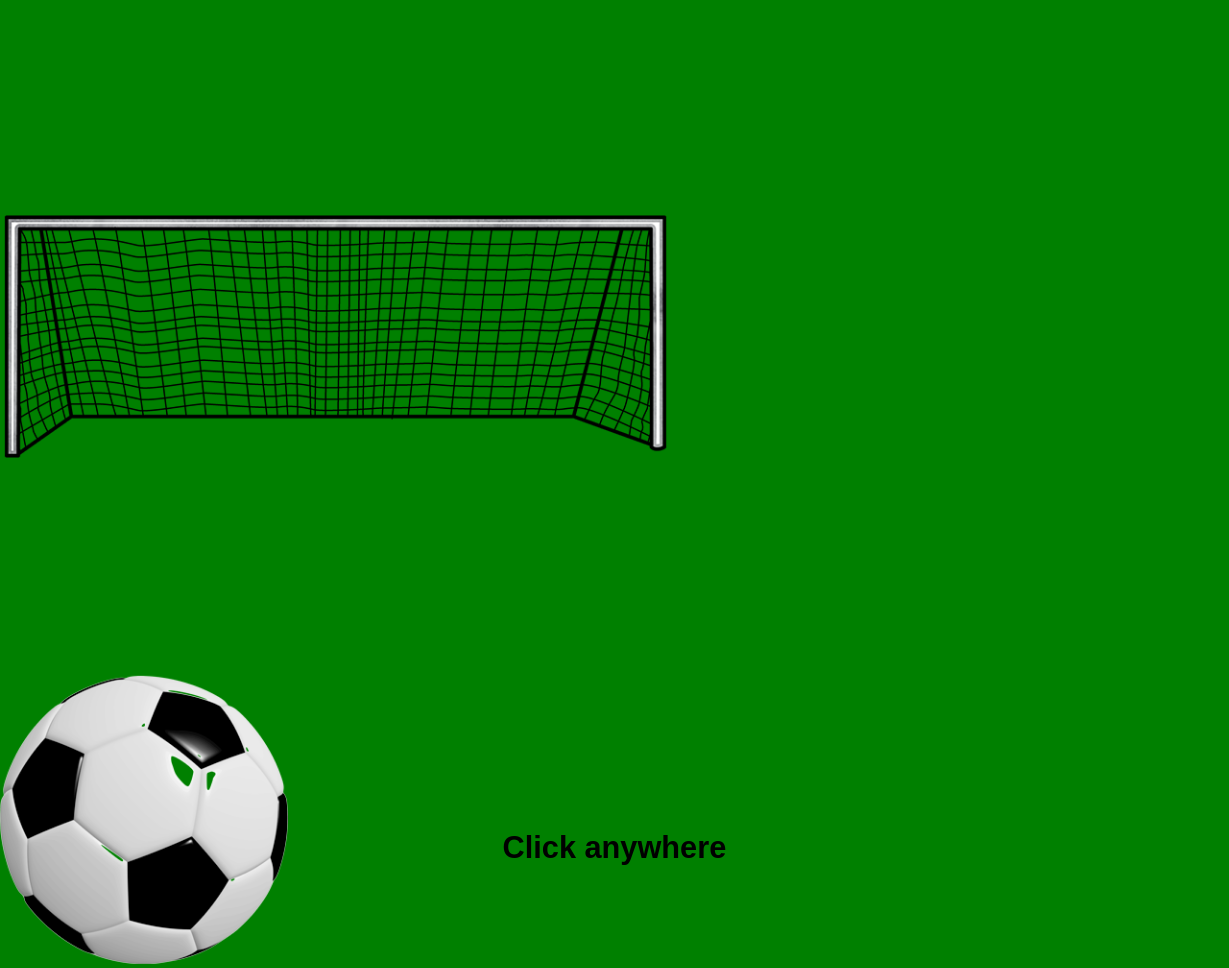
Repository: alexmaddux99/Lab3
Page: mouse-events.html
These files come from the project's save history. The page is drawn as it stood at one moment and after the next save; the edit follows.
The browser window is 1280 px wide. The pictures show the whole page, at 96% of full size.

Above is the page before, as saved 2022-03-06 17:00:14.

### mouse-events.html
<!DOCTYPE html>
<html lang="en">

<head>
    <meta charset="UTF-8">
    <meta http-equiv="X-UA-Compatible" content="IE=edge">
    <meta name="viewport" content="width=device-width, initial-scale=1.0">
    <title>Get the ball in the goal! Double Click the ball for a trick!</title>
    <style>
        body {
            background-color: green;
            margin:0;
            height:100vh;
        }

        .ball {
            height: 1px;
            width: 1px;
            transition: transform 1s;
        }

        p {
            margin-top: 10rem;
            text-align: center;
            font: bold 2rem sans-serif;
        }


    </style>
</head>

<body>

    <img src="/images/goal.png" alt="GOAL!">

    <div id="dot" class="ball">
        <img src="/images/soccer.png" alt="Score a Goal!">
    </div>
    <p>Click anywhere</p>

    <script>
        var dot = document.getElementById('dot');
        document.body.addEventListener('click', (e) => {
            console.log("Client: " , e.clientX , e.clientY)
            console.log("Page: " , e.pageX , e.pageY)
            console.log("Screen: " , e.screenX , e.screenY)
            console.log("Event Object: ", e);
            dot.style.transform = `translateY(${e.clientY - 25}px)`;
            dot.style.transform += `translateX(${e.clientX - 25}px)`;
            dot.style.opacity = 1;
        }, false);
    </script>
</body>

</html>

After the next save:
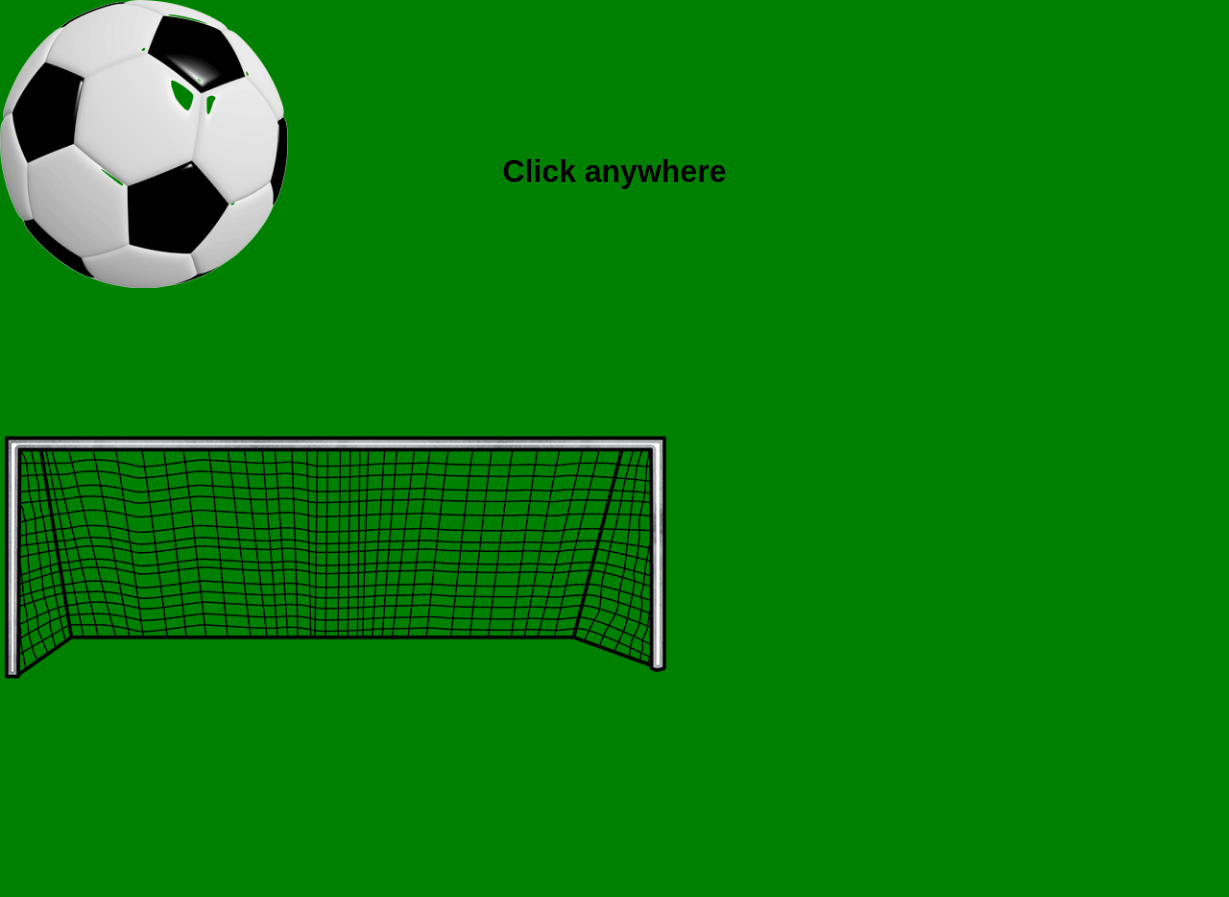
Saved 16 s later.
--- a/mouse-events.html
+++ b/mouse-events.html
@@ -31,12 +31,14 @@
 
 <body>
 
-    <img src="/images/goal.png" alt="GOAL!">
 
     <div id="dot" class="ball">
         <img src="/images/soccer.png" alt="Score a Goal!">
     </div>
     <p>Click anywhere</p>
+
+    <img src="/images/goal.png" alt="GOAL!">
+
 
     <script>
         var dot = document.getElementById('dot');
